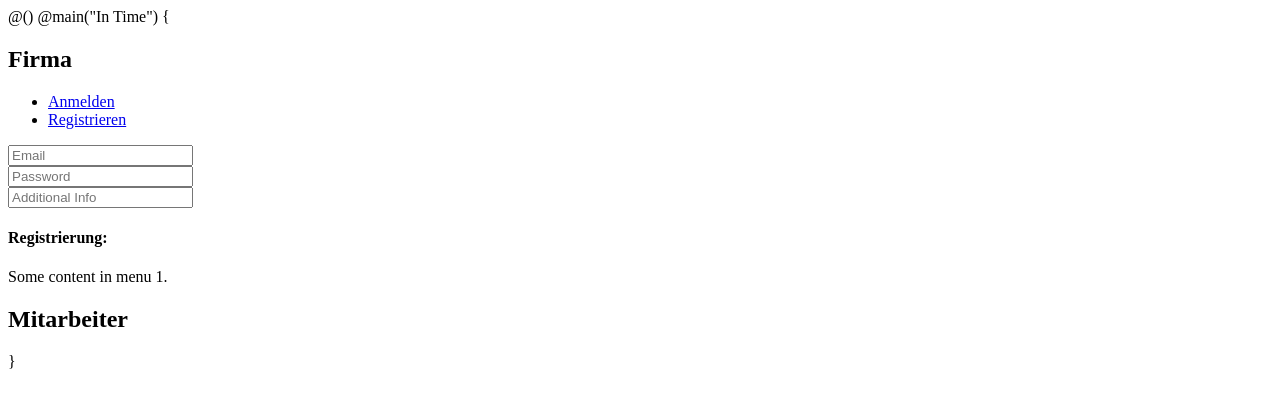
Repository: Avinukas/InTime
Page: intime/app/views/index.scala.html
The author's editor kept a copy of each file at every save. The page is drawn from the files as they stood at one save, then again after the next save.
The browser window is 1280 px wide. The pictures show the whole page.

Above is the page before, as saved 2018-05-17 08:10:55.

### intime/app/views/index.scala.html
@() @main("In Time") {
<section class="container">
	<div class="one border">
		<h2>Firma</h2>
		<ul class="nav nav-tabs">
			<li class="active"><a data-toggle="tab" href="#firmaAnmelden">Anmelden</a></li>
			<li><a data-toggle="tab" href="#firmaRegistrieren">Registrieren</a></li>
		</ul>

		<div class="tab-content">
			<div id="firmaAnmelden" class="tab-pane fade in active">
				<form>
					<div class="input-group">
						<input id="email"
							type="text" class="form-control" name="email" placeholder="Email">
					</div>
					<div class="input-group">
						<input id="password"
							type="password" class="form-control" name="password"
							placeholder="Password">
					</div>
					<div class="input-group">
						<input id="msg"
							type="text" class="form-control" name="msg"
							placeholder="Additional Info">
					</div>
				</form>
			</div>
			<div id="firmaRegistrieren" class="tab-pane fade">
				<h4>Registrierung:</h4>
				<p>Some content in menu 1.</p>
			</div>
		</div>

	</div>
	<div class="two border">
		<h2>Mitarbeiter</h2>
	</div>
</section>

}

After the next save:
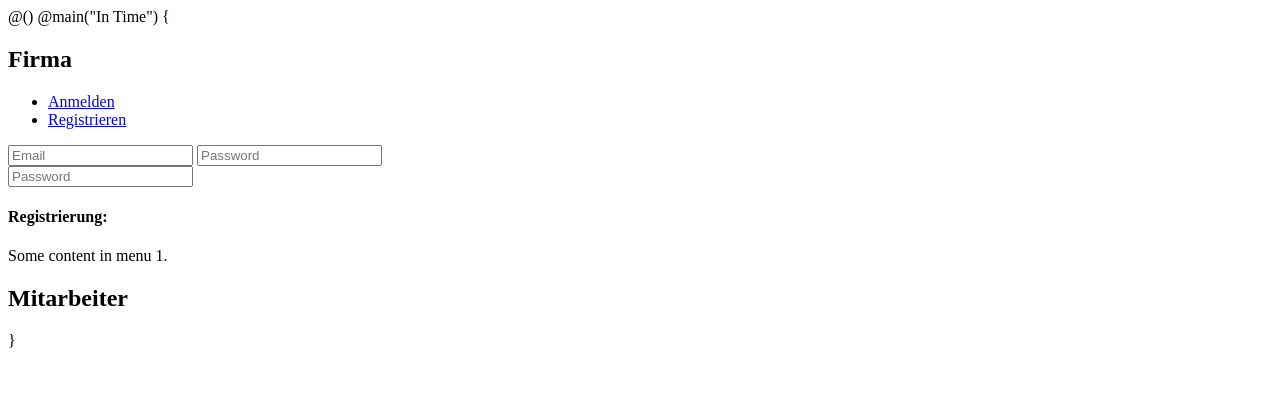
Saved 102 s later.
--- a/intime/app/views/index.scala.html
+++ b/intime/app/views/index.scala.html
@@ -13,16 +13,14 @@
 					<div class="input-group">
 						<input id="email"
 							type="text" class="form-control" name="email" placeholder="Email">
+							<input id="password"
+							type="password" class="form-control" name="password"
+							placeholder="Password">
 					</div>
 					<div class="input-group">
 						<input id="password"
 							type="password" class="form-control" name="password"
 							placeholder="Password">
-					</div>
-					<div class="input-group">
-						<input id="msg"
-							type="text" class="form-control" name="msg"
-							placeholder="Additional Info">
 					</div>
 				</form>
 			</div>
